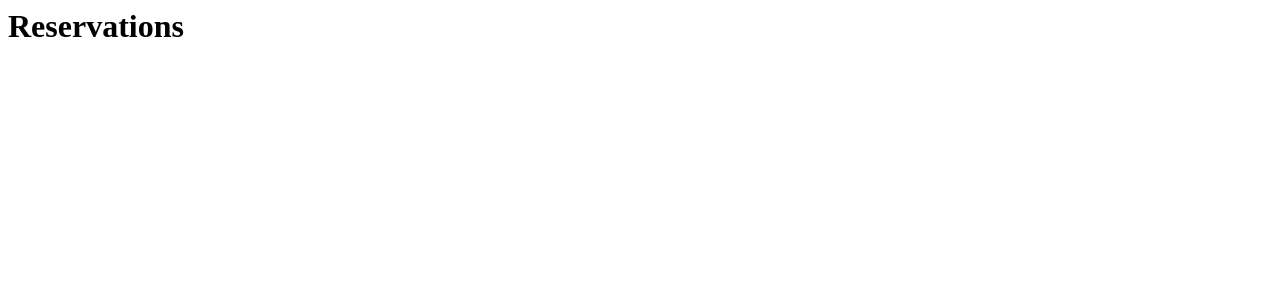
Repository: lemonhao9/QuaiAntiqueRestaurantFront
Page: pages/reservations/allResa.html
An editor plug-in stored every save of this project. The page is shown before and after the next save, followed by the edit.
The browser window is 1280 px wide. The pictures show the whole page.

Above is the page before, as saved 2025-01-24 15:13:59.

### pages/reservations/allResa.html
<div class="hero-scene text-center text-white">
    <div class="hero-scene-content">
            <h1>Reservations</h1>
    </div>
</div>

After the next save:
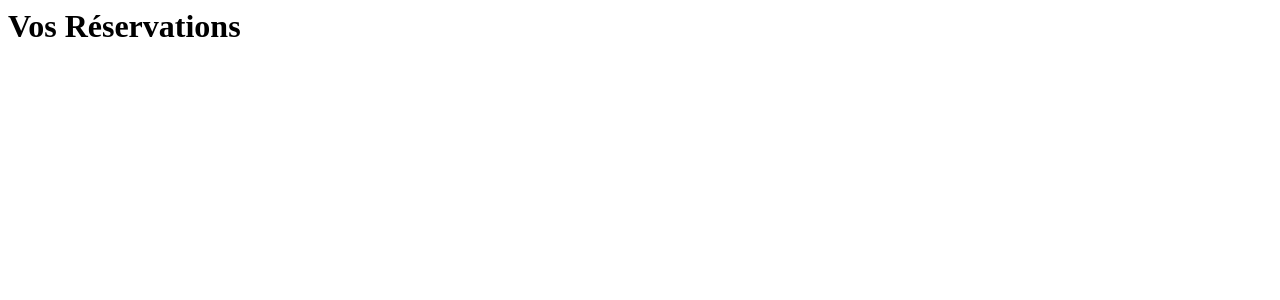
Saved 13 s later.
--- a/pages/reservations/allResa.html
+++ b/pages/reservations/allResa.html
@@ -1,5 +1,5 @@
 <div class="hero-scene text-center text-white">
     <div class="hero-scene-content">
-            <h1>Reservations</h1>
+            <h1>Vos Réservations</h1>
     </div>
 </div>
